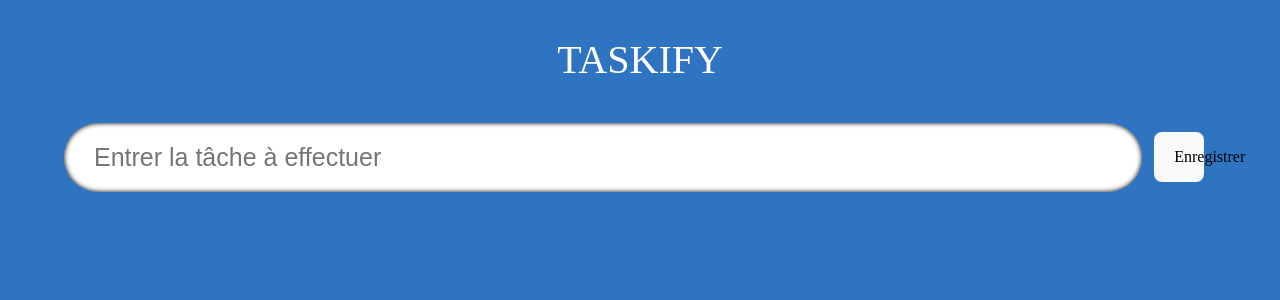
Repository: abdoulkarim20/react-ts-training
Page: /
These files come from the project's save history. The page is drawn as it stood at one moment and after a run of saves; the edit follows.
The browser window is 1280 px wide. The pictures show the whole page.
Some web fonts or font styles are not loaded; a fallback is used. The project was rebuilt for these pictures with package versions that can differ from the ones it lists, and the page was loaded fresh each time. Also part of the build but not shown: vite.config.ts.

Above is the page before, as saved 2024-01-23 00:14:54.

After the next 4 saves:
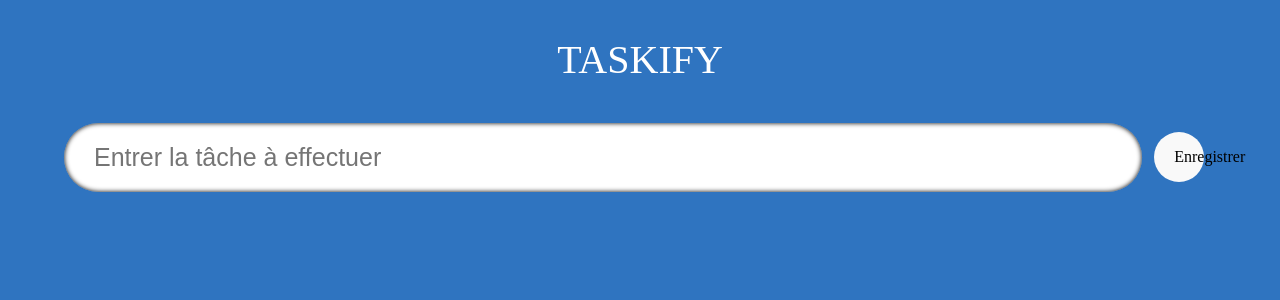
The 4 saves are shown as one change because they came seconds apart.
The last was saved 15 s later.
--- a/src/components/styles.css
+++ b/src/components/styles.css
@@ -23,5 +23,7 @@
     width: 50px;
     height: 50px;
     margin: 12px;
-    br
+    border-radius: 50px;
+    right: 0px;
+
 }
